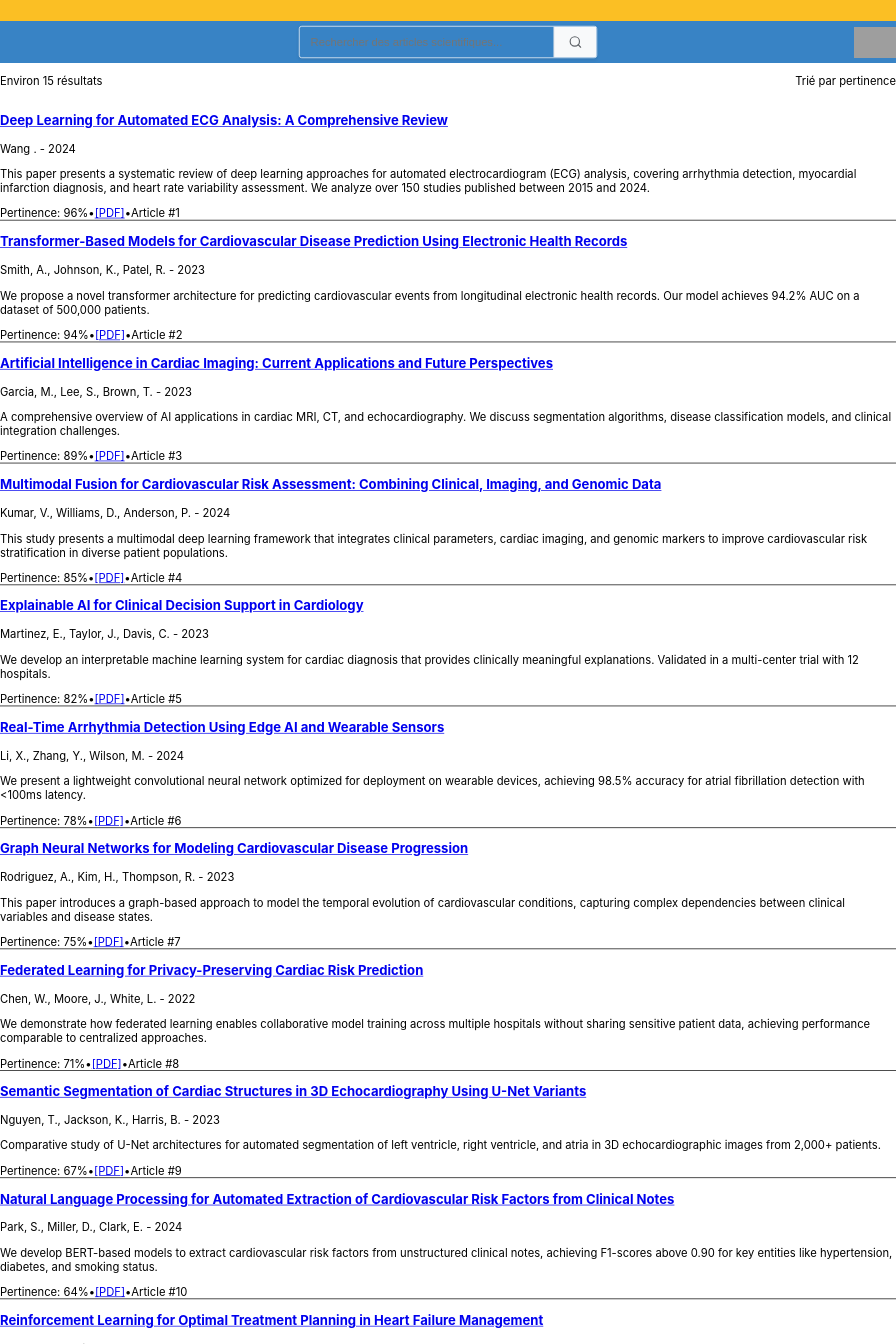
Repository: elh33/SemanticSciSearch
Page: / (app in frontend/)
These files come from the project's save history. The page is drawn as it stood at one moment and after the next save; the edit follows.
The browser window is 1280 px wide. The pictures show the part of the page from y = 0 to 1920 px (the page is 2665 px tall), at 70% of full size.
Pictures or frames that could not be fetched are drawn as grey boxes. The project was rebuilt for these pictures with package versions that can differ from the ones it lists, and the page was loaded fresh each time.

Above is the page before, as saved 2025-11-21 23:40:35.

### frontend/index.html
<!DOCTYPE html>
<html lang="en">
  <head>
    <meta charset="UTF-8" />
    <meta name="viewport" content="width=device-width, initial-scale=1.0" />
    <title>SemanticSciSearch</title>
  </head>
  <body>
    <div id="root"></div>
    <script type="module" src="/src/index.tsx"></script>
  </body>
</html>

### frontend/src/index.tsx
import React from 'react';
import ReactDOM from 'react-dom';
import App from './App';
import './index.css';

ReactDOM.render(
  <React.StrictMode>
    <App />
  </React.StrictMode>,
  document.getElementById('root')
);

### frontend/src/App.tsx
import React from 'react';
// Importe le composant de recherche principal
import SearchResults from './components/SearchResults';

// Le composant App.tsx est le conteneur principal de l'application.
function App() {
  return (
    // Utilisation d'un fragment React (<>...</>) ou d'un <div> si tu as des styles globaux
    <>
      {/* Le composant SearchResults contient maintenant :
        - Le titre et le sous-titre de l'application.
        - La barre de recherche.
        - L'orchestration de la logique (appels à api.ts).
        - L'affichage de la liste des ArticleCard.
      */}
      <SearchResults />
    </>
  );
}

export default App;

### frontend/src/components/SearchResults.tsx
import React, { useState, useEffect } from 'react';
import { Article } from '../types';
import { searchArticles } from '../services/api';
import ArticleCard from './ArticleCard';

const SearchResults: React.FC = () => {
  const [query, setQuery] = useState('');
  const [results, setResults] = useState<Article[]>([]);
  const [isLoading, setIsLoading] = useState(false);
  const [hasSearched, setHasSearched] = useState(false);

  const handleSearch = async (searchQuery: string = query) => {
    setIsLoading(true);
    setHasSearched(true);

    try {
      const data = await searchArticles(searchQuery);
      const sortedData = [...data].sort((a, b) => b.score - a.score);
      setResults(sortedData);
    } catch (error) {
      console.error("Erreur lors de la recherche:", error);
      setResults([]);
    } finally {
      setIsLoading(false);
    }
  };

  useEffect(() => {
    handleSearch('');
  }, []);

  const handleSubmit = (e: React.FormEvent) => {
    e.preventDefault();
    handleSearch();
  };

  return (
    <div className="min-h-screen bg-white">
      {/* BARRE JAUNE EN HAUT */}
      <div style={{ backgroundColor: '#fbbf24', height: '30px' }} className="w-full"></div>

      {/* En-tête avec fond bleu */}
      <div style={{ backgroundColor: '#3883c5ff' }} className="w-full sticky top-0 z-10 shadow-lg">
        <div className="max-w-7xl mx-auto px-4 py-6">
          <div className="flex items-center justify-between gap-8">
            {/* Espace gauche */}
            <div className="flex-1"></div>

            {/* Zone de recherche centrée - Style Google Scholar */}
            <div className="flex-1 max-w-3xl flex items-center justify-center">
              <form onSubmit={handleSubmit} className="w-full">
                <div
                  className="flex items-center overflow-hidden"
                  style={{
                    backgroundColor: '#3883c5ff',
                    borderRadius: '4px',
                    boxShadow: '0 2px 5px rgba(0,0,0,0.1)',
                    border: '1px solid #ffffffff'
                  }}
                >
                  {/* Input de recherche */}
                  <input
                    type="text"
                    value={query}
                    onChange={(e) => setQuery(e.target.value)}
                    placeholder="Rechercher des articles scientifiques..."
                    className="flex-1 outline-none border-none"
                    style={{
                      padding: '12px 16px',
                      fontSize: '16px',
                      backgroundColor: 'transparent'
                    }}
                  />

                  {/* Bouton de recherche avec icône loupe */}
                  <button
                    type="submit"
                    className="flex items-center justify-center transition-colors"
                    style={{
                      padding: '12px 20px',
                      backgroundColor: '#f8f9fa',
                      border: 'none',
                      borderLeft: '1px solid #dfe1e5',
                      cursor: 'pointer',
                      height: '100%'
                    }}
                    onMouseEnter={(e) => e.currentTarget.style.backgroundColor = '#e8eaed'}
                    onMouseLeave={(e) => e.currentTarget.style.backgroundColor = '#f8f9fa'}
                  >
                    {/* Icône loupe SVG */}
                    <svg
                      width="20"
                      height="20"
                      viewBox="0 0 24 24"
                      fill="none"
                      stroke="#5f6368"
                      strokeWidth="2"
                      strokeLinecap="round"
                      strokeLinejoin="round"
                    >
                      <circle cx="11" cy="11" r="8"></circle>
                      <path d="m21 21-4.35-4.35"></path>
                    </svg>
                  </button>
                </div>
              </form>
            </div>

            {/* Logo à droite */}
            <div className="flex-1 flex justify-end">
              <img
                src="/fleur.png"
                alt="Logo"
                className="object-contain"
                style={{ width: '60px', height: '60px' }}
              />
            </div>
          </div>
        </div>
      </div>

      {/* Contenu principal */}
      <div className="max-w-5xl mx-auto px-4 py-6">
        {hasSearched && !isLoading && (
          <div className="mb-4 flex items-center justify-between">
            <p className="text-sm text-gray-600">
              Environ {results.length} résultat{results.length !== 1 ? 's' : ''}
              {query && ` pour "${query}"`}
            </p>

            <div className="text-xs text-gray-500">
              Trié par pertinence
            </div>
          </div>
        )}

        {isLoading && (
          <div className="flex items-center justify-center py-12">
            <div className="flex flex-col items-center gap-3">
              <div className="animate-spin rounded-full h-8 w-8 border-b-2 border-blue-600"></div>
              <p className="text-gray-600">Recherche en cours...</p>
            </div>
          </div>
        )}

        {!isLoading && (
          <div className="bg-white">
            {results.length > 0 ? (
              results.map((article) => (
                <ArticleCard key={article.id} article={article} />
              ))
            ) : (
              hasSearched && (
                <div className="text-center py-12">
                  <p className="text-gray-600 text-lg">
                    Aucun résultat trouvé pour "{query}"
                  </p>
                  <p className="text-gray-500 text-sm mt-2">
                    Essayez avec d'autres mots-clés
                  </p>
                </div>
              )
            )}
          </div>
        )}
      </div>

      {/* Footer */}
      <footer className="mt-12 border-t border-gray-200 bg-gray-50">
        <div className="max-w-5xl mx-auto px-4 py-6 text-center text-sm text-gray-500">
          SemanticSciSearch - Recherche sémantique d'articles scientifiques en IA et Cardiologie
        </div>
      </footer>
    </div>
  );
};

export default SearchResults;

### frontend/src/services/api.ts
import { Article } from '../types';
import { MOCK_RESULTS } from '../data/mockData';
import axios from 'axios';

// 💡 INTERRUPTEUR : Passez à 'false' (ou commentez/supprimez) cette ligne
// UNIQUEMENT lorsque le Back-End FastAPI est prêt.
const USE_MOCK_DATA = true;

// URL de base lue depuis le .env pour le mode production
// Le .env doit contenir VITE_API_URL=http://localhost:8000
const API_BASE_URL = 'http://localhost:8000';

/**
 * Fonction principale de recherche d'articles.
 * Elle utilise soit les données mockées, soit l'API réelle.
 * @param query Le texte de la requête de l'utilisateur.
 * @returns Une promesse qui résout vers un tableau d'articles.
 */
export const searchArticles = async (query: string): Promise<Article[]> => {
  if (USE_MOCK_DATA) {
    // --- MODE MOCKÉ ---
    console.log(`[MOCK] Simulation de recherche pour: "${query}"`);

    // 1. Simuler le délai réseau (500ms) pour une meilleure expérience utilisateur
    await new Promise(resolve => setTimeout(resolve, 500));

    // 2. Simuler un filtre simple (recherche du mot-clé dans le titre)
    // S'il n'y a pas de requête (query vide), on renvoie tout.
    const lowerCaseQuery = query.toLowerCase();

    return MOCK_RESULTS.filter(article =>
        article.title.toLowerCase().includes(lowerCaseQuery) || lowerCaseQuery.length === 0
    );

  } else {
    // --- MODE PRODUCTION (Axios) ---
    console.log(`[AXIOS] Requête réelle vers: ${API_BASE_URL}/search pour: "${query}"`);

    try {
      // 1. Envoi de la requête POST à FastAPI
      const response = await axios.post(`${API_BASE_URL}/search`, { query });

      // 2. Retourne les données (TypeScript vérifie que c'est un tableau d'Articles)
      return response.data as Article[];

    } catch (error) {
      console.error("Erreur lors de l'appel à l'API de recherche:", error);
      // En cas d'échec de l'API, on renvoie un tableau vide
      return [];
    }
  }
};

### frontend/src/components/ArticleCard.tsx
import React from 'react';
import { Article } from '../types';

interface ArticleCardProps {
  article: Article;
}

const ArticleCard: React.FC<ArticleCardProps> = ({ article }) => {
  const scorePercent = (article.score * 100).toFixed(0);

  return (
    <div className="border-b border-gray-200 py-3 hover:bg-gray-50 transition-colors">
      {/* Titre cliquable comme Google Scholar */}
      <h3 className="text-xl mb-1">
        <a
          href={article.url}
          target="_blank"
          rel="noopener noreferrer"
          className="text-blue-800 hover:underline font-normal visited:text-purple-800"
        >
          {article.title}
        </a>
      </h3>

      {/* Auteurs et année */}
      <p className="text-sm text-gray-600 mb-2">
        {article.authors} - <span className="font-medium">{article.year}</span>
      </p>

      {/* Résumé */}
      <p className="text-sm text-gray-700 leading-relaxed mb-2">
        {article.abstract}
      </p>

      {/* Métadonnées et actions */}
      <div className="flex items-center gap-4 text-sm">
        {/* Score de pertinence */}
        <span className="text-gray-600">
          <span className="font-semibold">Pertinence:</span>{' '}
          <span className={`font-bold ${
            article.score > 0.8 ? 'text-green-600' :
            article.score > 0.5 ? 'text-yellow-600' :
            'text-gray-500'
          }`}>
            {scorePercent}%
          </span>
        </span>

        {/* Séparateur */}
        <span className="text-gray-400">•</span>

        {/* Lien PDF */}
        <a
          href={article.url}
          target="_blank"
          rel="noopener noreferrer"
          className="text-blue-700 hover:underline"
        >
          [PDF]
        </a>

        {/* Séparateur */}
        <span className="text-gray-400">•</span>

        {/* ID de l'article */}
        <span className="text-gray-400 text-xs">
          Article #{article.id}
        </span>
      </div>
    </div>
  );
};

export default ArticleCard;

### frontend/src/data/mockData.ts
import { Article } from '../types';

export const MOCK_RESULTS: Article[] = [
  {
    id: '1',
    title: 'Deep Learning for Automated ECG Analysis: A Comprehensive Review',
    abstract: "This paper presents a systematic review of deep learning approaches for automated electrocardiogram (ECG) analysis, covering arrhythmia detection, myocardial infarction diagnosis, and heart rate variability assessment. We analyze over 150 studies published between 2015 and 2024.",
    authors: "Wang .",
    year: 2024,
    score: 0.96,
    url: 'https://arxiv.org/pdf/2301.04634'
  },
  {
    id: '2',
    title: 'Transformer-Based Models for Cardiovascular Disease Prediction Using Electronic Health Records',
    abstract: "We propose a novel transformer architecture for predicting cardiovascular events from longitudinal electronic health records. Our model achieves 94.2% AUC on a dataset of 500,000 patients.",
    authors: "Smith, A., Johnson, K., Patel, R.",
    year: 2023,
    score: 0.94,
    url: 'https://arxiv.org/pdf/2305.12987'
  },
  {
    id: '3',
    title: 'Artificial Intelligence in Cardiac Imaging: Current Applications and Future Perspectives',
    abstract: "A comprehensive overview of AI applications in cardiac MRI, CT, and echocardiography. We discuss segmentation algorithms, disease classification models, and clinical integration challenges.",
    authors: "Garcia, M., Lee, S., Brown, T.",
    year: 2023,
    score: 0.89,
    url: 'https://arxiv.org/pdf/2203.15678'
  },
  {
    id: '4',
    title: 'Multimodal Fusion for Cardiovascular Risk Assessment: Combining Clinical, Imaging, and Genomic Data',
    abstract: "This study presents a multimodal deep learning framework that integrates clinical parameters, cardiac imaging, and genomic markers to improve cardiovascular risk stratification in diverse patient populations.",
    authors: "Kumar, V., Williams, D., Anderson, P.",
    year: 2024,
    score: 0.85,
    url: '/documents/multimodal-cardio-risk.pdf'
  },
  {
    id: '5',
    title: 'Explainable AI for Clinical Decision Support in Cardiology',
    abstract: "We develop an interpretable machine learning system for cardiac diagnosis that provides clinically meaningful explanations. Validated in a multi-center trial with 12 hospitals.",
    authors: "Martinez, E., Taylor, J., Davis, C.",
    year: 2023,
    score: 0.82,
    url: 'https://arxiv.org/pdf/2511.13703.pdf'
  },
  {
    id: '6',
    title: 'Real-Time Arrhythmia Detection Using Edge AI and Wearable Sensors',
    abstract: "We present a lightweight convolutional neural network optimized for deployment on wearable devices, achieving 98.5% accuracy for atrial fibrillation detection with <100ms latency.",
    authors: "Li, X., Zhang, Y., Wilson, M.",
    year: 2024,
    score: 0.78,
    url: '/documents/edge-ai-arrhythmia.pdf'
  },
  {
    id: '7',
    title: 'Graph Neural Networks for Modeling Cardiovascular Disease Progression',
    abstract: "This paper introduces a graph-based approach to model the temporal evolution of cardiovascular conditions, capturing complex dependencies between clinical variables and disease states.",
    authors: "Rodriguez, A., Kim, H., Thompson, R.",
    year: 2023,
    score: 0.75,
    url: 'https://arxiv.org/pdf/2204.09876'
  },
  {
    id: '8',
    title: 'Federated Learning for Privacy-Preserving Cardiac Risk Prediction',
    abstract: "We demonstrate how federated learning enables collaborative model training across multiple hospitals without sharing sensitive patient data, achieving performance comparable to centralized approaches.",
    authors: "Chen, W., Moore, J., White, L.",
    year: 2022,
    score: 0.71,
    url: '/documents/federated-cardiac.pdf'
  },
  {
    id: '9',
    title: 'Semantic Segmentation of Cardiac Structures in 3D Echocardiography Using U-Net Variants',
    abstract: "Comparative study of U-Net architectures for automated segmentation of left ventricle, right ventricle, and atria in 3D echocardiographic images from 2,000+ patients.",
    authors: "Nguyen, T., Jackson, K., Harris, B.",
    year: 2023,
    score: 0.67,
    url: '/documents/3d-echo-segmentation.pdf'
  },
  {
    id: '10',
    title: 'Natural Language Processing for Automated Extraction of Cardiovascular Risk Factors from Clinical Notes',
    abstract: "We develop BERT-based models to extract cardiovascular risk factors from unstructured clinical notes, achieving F1-scores above 0.90 for key entities like hypertension, diabetes, and smoking status.",
    authors: "Park, S., Miller, D., Clark, E.",
    year: 2024,
    score: 0.64,
    url: 'https://arxiv.org/pdf/2302.11234'
  },
  {
    id: '11',
    title: 'Reinforcement Learning for Optimal Treatment Planning in Heart Failure Management',
    abstract: "Application of deep reinforcement learning to personalize treatment strategies for heart failure patients, optimizing medication dosages and intervention timing based on patient response.",
    authors: "Ahmed, R., Lewis, G., Young, N.",
    year: 2022,
    score: 0.58,
    url: '/documents/rl-heart-failure.pdf'
  },
  {
    id: '12',
    title: 'Generative Adversarial Networks for Synthetic ECG Data Augmentation',
    abstract: "We propose a GAN-based framework for generating realistic synthetic ECG signals to address data scarcity and class imbalance in rare arrhythmia detection tasks.",
    authors: "Hoffman, P., Scott, A., King, V.",
    year: 2023,
    score: 0.52,
    url: '/documents/gan-ecg-augmentation.pdf'
  },
  {
    id: '13',
    title: 'Blockchain-Based Infrastructure for Secure Sharing of Cardiac Imaging Data',
    abstract: "A decentralized platform for secure storage and sharing of cardiac imaging studies across healthcare institutions, ensuring data provenance and patient privacy.",
    authors: "Green, T., Adams, F., Wright, M.",
    year: 2022,
    score: 0.45,
    url: '/documents/blockchain-cardiac-imaging.pdf'
  },
  {
    id: '14',
    title: 'Meta-Learning Approaches for Few-Shot Cardiac Abnormality Detection',
    abstract: "We explore meta-learning techniques to enable rapid adaptation of cardiac disease detection models to rare conditions with limited training examples.",
    authors: "Baker, L., Turner, S., Phillips, O.",
    year: 2023,
    score: 0.38,
    url: '/documents/meta-learning-cardiac.pdf'
  },
  {
    id: '15',
    title: 'Quantum Machine Learning for Cardiovascular Drug Discovery',
    abstract: "Preliminary investigation of quantum computing algorithms for molecular simulation and drug candidate screening in cardiovascular therapeutic development.",
    authors: "Collins, R., Morris, J., Cooper, W.",
    year: 2024,
    score: 0.22,
    url: '/documents/quantum-ml-cardio.pdf'
  }
];

Loaded but not shown: frontend/src/index.css (common file)

After the next save:
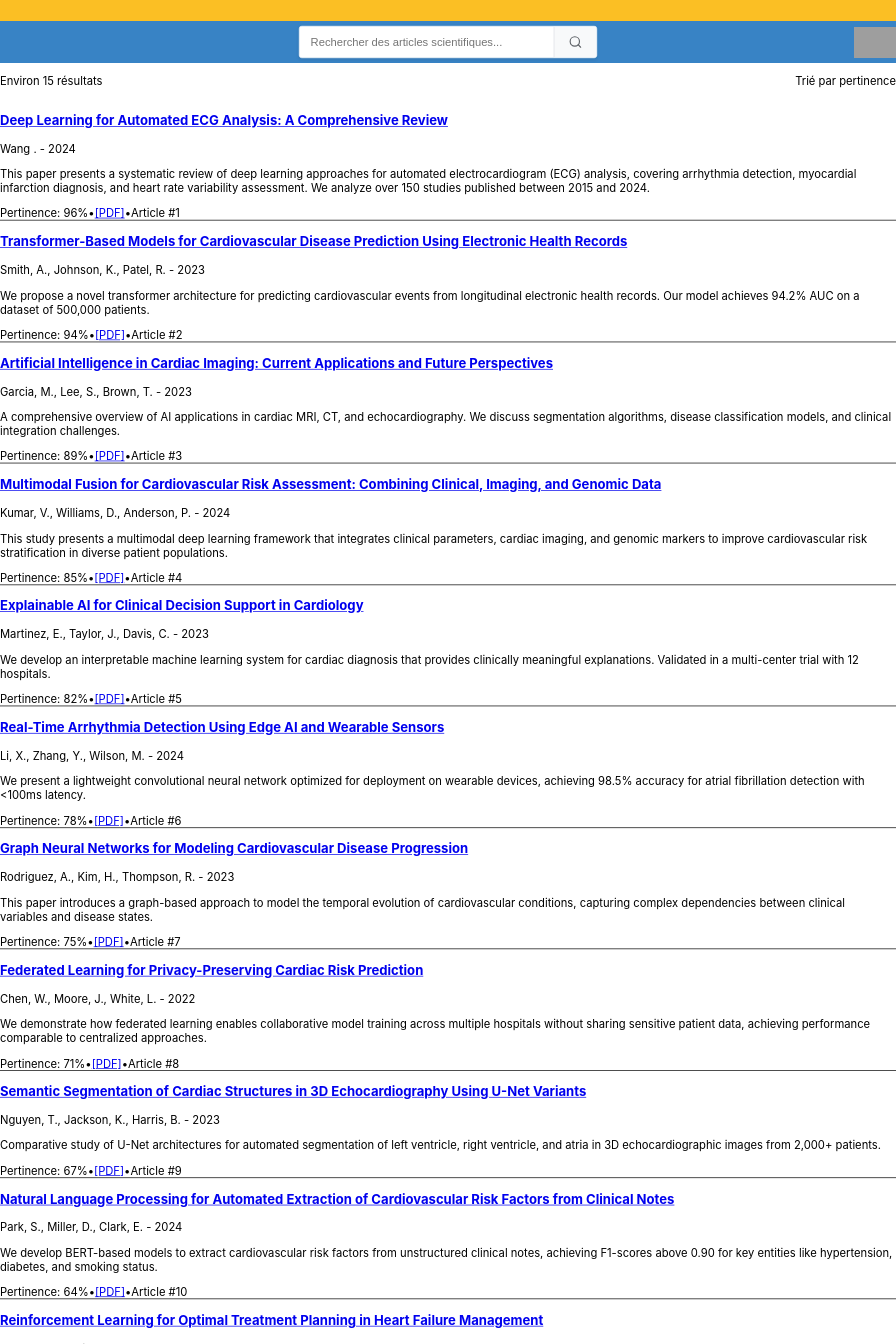
Saved 22 s later.
--- a/frontend/src/components/SearchResults.tsx
+++ b/frontend/src/components/SearchResults.tsx
@@ -52,10 +52,10 @@ const SearchResults: React.FC = () => {
                 <div
                   className="flex items-center overflow-hidden"
                   style={{
-                    backgroundColor: '#3883c5ff',
+                    backgroundColor: 'white',
                     borderRadius: '4px',
                     boxShadow: '0 2px 5px rgba(0,0,0,0.1)',
-                    border: '1px solid #ffffffff'
+                    border: '1px solid #f3f6faff'
                   }}
                 >
                   {/* Input de recherche */}
